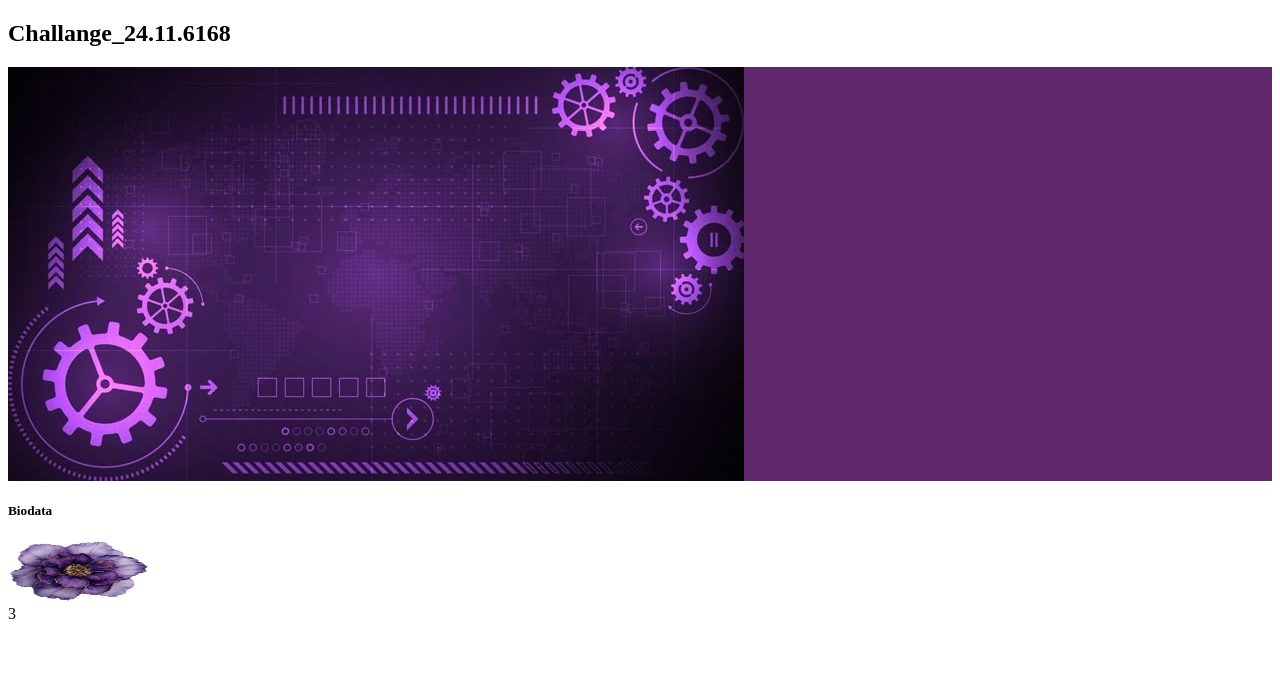
Repository: Ms-Ulfiyahrustam/p5_pemogramanweb
Page: index.html
The author's editor kept a copy of each file at every save. The page is drawn from the files as they stood at one save, then again after the next save.
The browser window is 1280 px wide. The pictures show the whole page.

Above is the page before, as saved 2026-04-27 09:16:59.

### index.html
<!DOCTYPE html>
<html lang="en">
<head>
    <meta charset="UTF-8">
    <meta name="viewport" content="width=device-width, initial-scale=1.0">
    <link rel="stylesheet" href="style.css">
    <title>Document</title>
</head>
<body class="">
    <h2>Challange_24.11.6168</h2>
    <div class="flex-container">
        <img src="download.jpg" alt="">
    </div>
    <div >
        <h5>Biodata</h5>
        <img src="purple.jpg" alt="" width="140" height="60" >
    </div>
    <div>3</div>
</body>
</html>

### style.css


.flex-container > div {
    background-color : white;
    margin: 10px;
    padding: 20px;
    font-size: 30;
}


.flex-container{
    display: flex;
    background-color: rgb(95, 40, 109);
    margin: auto;
}

After the next save:
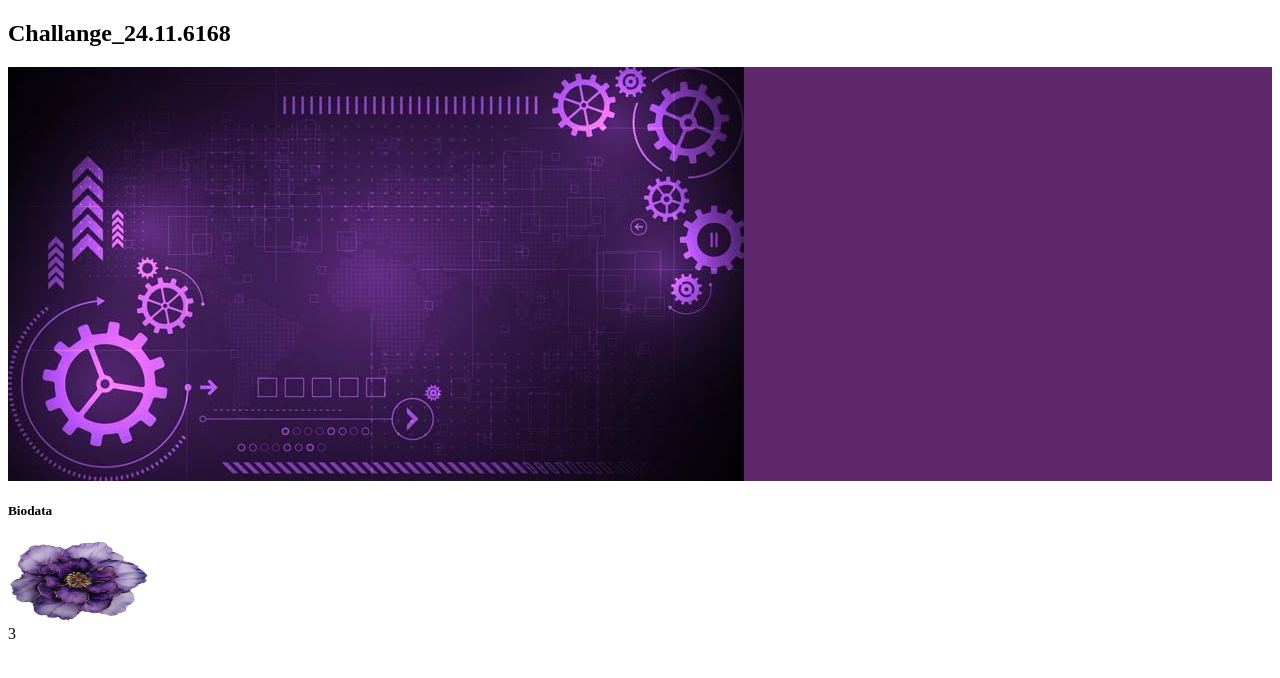
Saved 6 s later.
--- a/index.html
+++ b/index.html
@@ -13,7 +13,7 @@
     </div>
     <div >
         <h5>Biodata</h5>
-        <img src="purple.jpg" alt="" width="140" height="60" >
+        <img src="purple.jpg" alt="" width="140" height="80" >
     </div>
     <div>3</div>
 </body>
